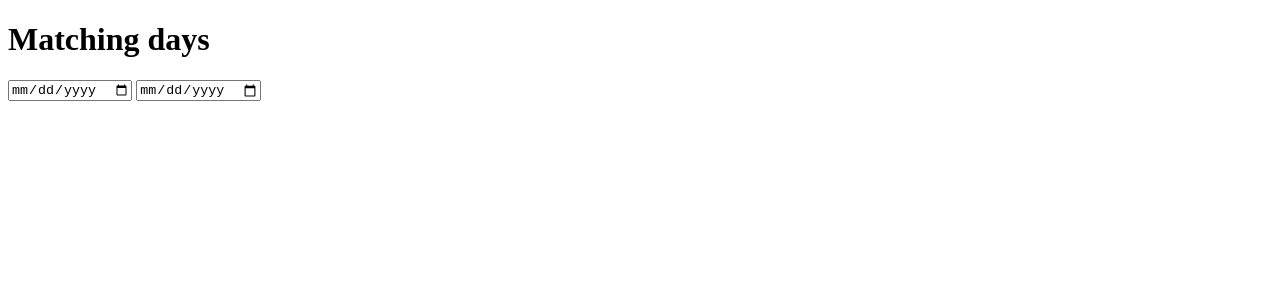
Repository: lasity34/matching-days
Page: index.html
These files come from the project's save history. The page is drawn as it stood at one moment and after the next save; the edit follows.
The browser window is 1280 px wide. The pictures show the whole page.

Above is the page before, as saved 2023-05-10 09:39:34.

### index.html
<!DOCTYPE html>
<html lang="en">
<head>
    <meta charset="UTF-8">
    <meta http-equiv="X-UA-Compatible" content="IE=edge">
    <meta name="viewport" content="width=device-width, initial-scale=1.0">
    <title>Matching days</title>
    <link rel="stylesheet" href="style.css" >
</head>
<body>

    <h1>Matching days</h1>
    <section class="days_container">

    </section>
    <section class="date_input_container">

        <input type="date" />
        <input type="date"/>
    </section>


        <!-- matching-days function -->
        <script src="/matching-days.js" charset="utf-8"></script>
        <!-- followed by the tests -->
        <script src="./matching-days-factory.js" charset="utf-8"></script>

</body>
</html>

Loaded but not shown: style.css (no stored copy; drawn as an empty file); matching-days.js (no stored copy; drawn as an empty file); matching-days-factory.js (no stored copy; drawn as an empty file)

After the next save:
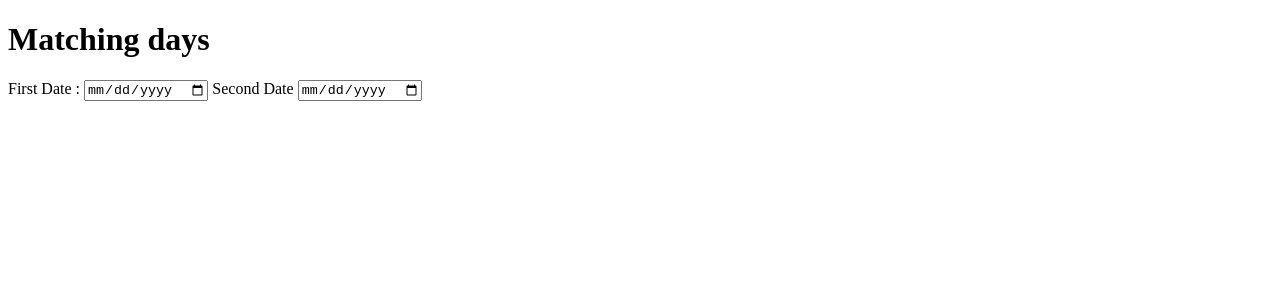
Saved 3 min 44 s later.
--- a/index.html
+++ b/index.html
@@ -14,9 +14,10 @@
 
     </section>
     <section class="date_input_container">
-
-        <input type="date" />
-        <input type="date"/>
+        <label for="first_date">First Date :</label>
+        <input type="date" id="first_date" name="first_date" />
+        <label for="second_date">Second Date</label>
+        <input type="date" id="second_date" name="second_date"/>
     </section>
 
 
